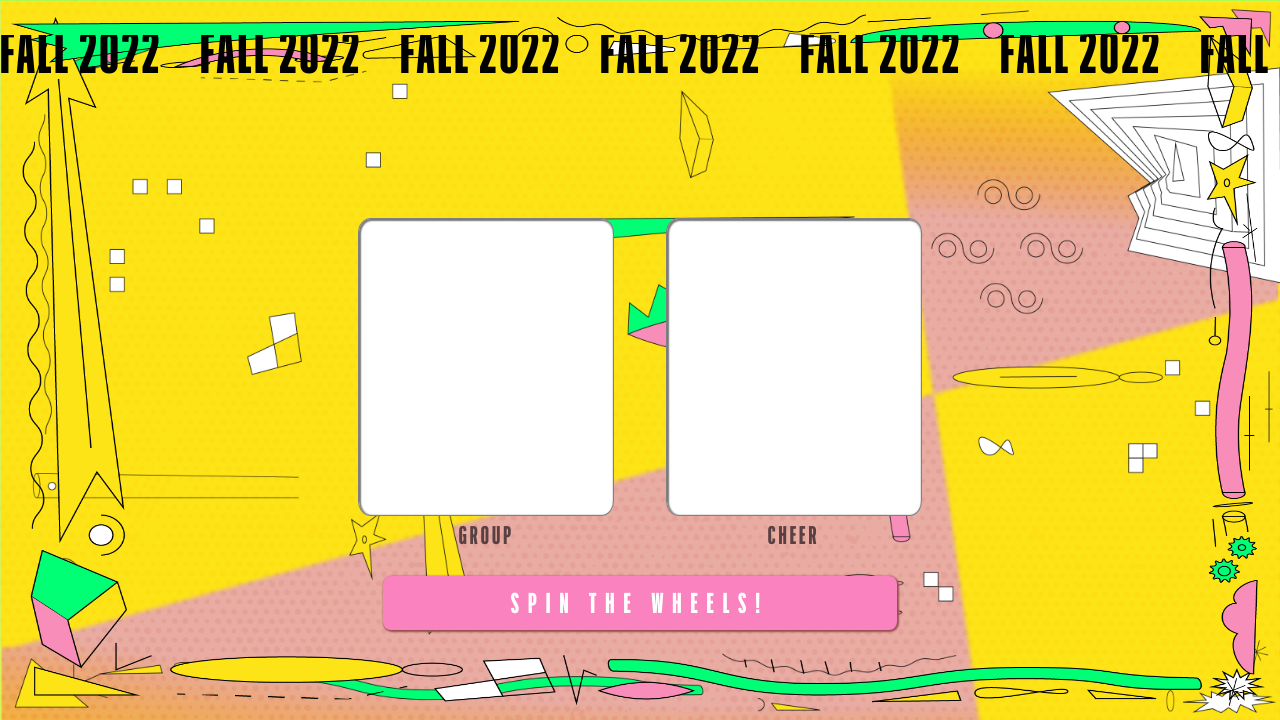
Repository: fakebrianho/IMA-Low-Res-Create-Athon-2022
Page: docs/presentation-order/index.html
These files come from the project's save history. The page is drawn as it stood at one moment and after the next save; the edit follows.
The browser window is 1280 px wide. The pictures show the whole page.

Above is the page before, as saved 2022-10-28 22:27:27.
Not found: docs/presentation-order/libraries/p5.dom.js
Not found: docs/presentation-order/libraries/p5.js
Not found: docs/presentation-order/libraries/p5.sound.js

After the next save:
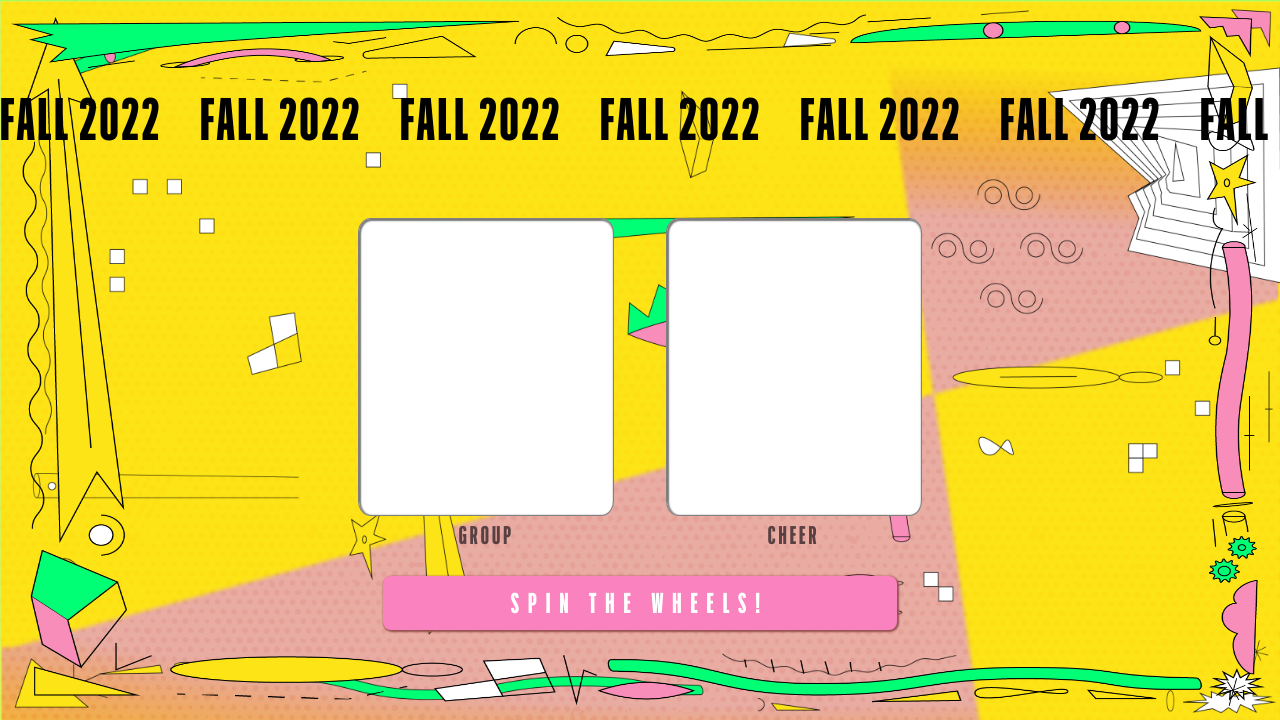
Saved 4 s later.
--- a/docs/presentation-order/index.js
+++ b/docs/presentation-order/index.js
@@ -13,6 +13,6 @@
 		repeat: -1,
 	})
 	movementTimeline
-		.set(carousel, { y: 0 })
+		.set(carousel, { y: 400 })
 		.to(carousel, { y: spanWidth * -1, duration: 6, ease: 'linear' })
 })

After the save that followed:
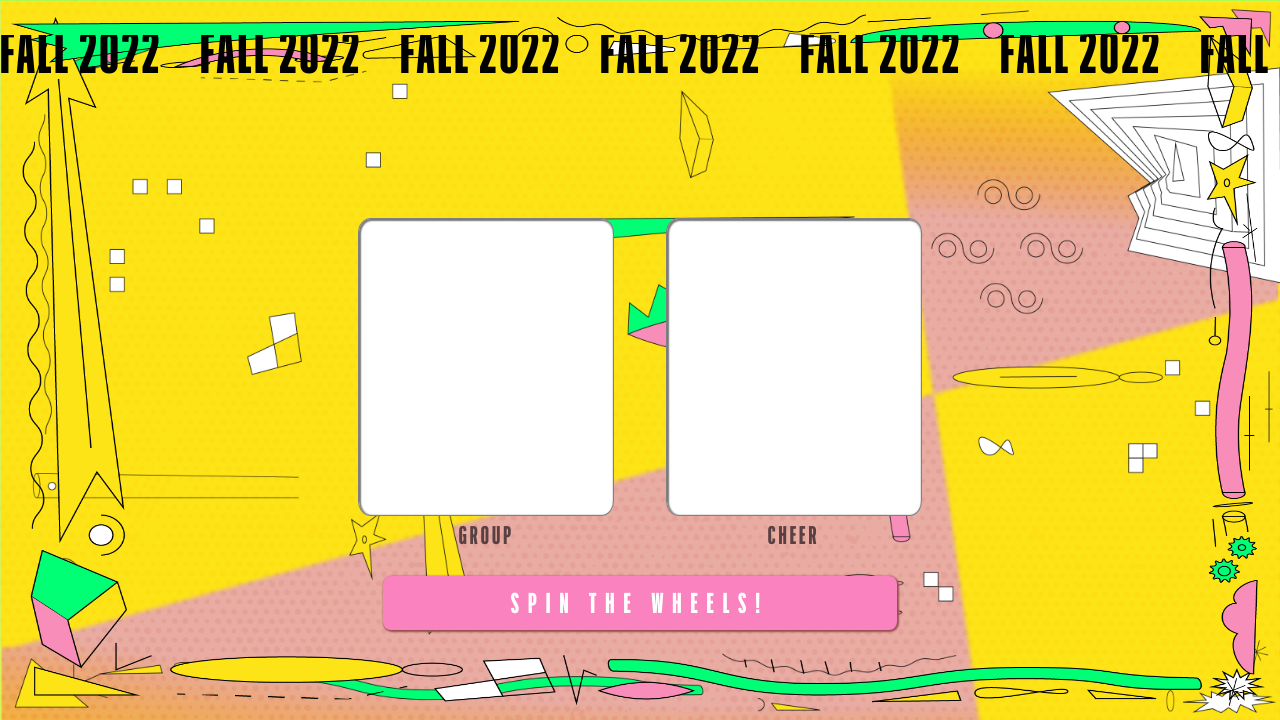
Saved 9 s later.
--- a/docs/presentation-order/index.js
+++ b/docs/presentation-order/index.js
@@ -13,6 +13,6 @@
 		repeat: -1,
 	})
 	movementTimeline
-		.set(carousel, { y: 400 })
+		.set(carousel, { y: 0 })
 		.to(carousel, { y: spanWidth * -1, duration: 6, ease: 'linear' })
 })
